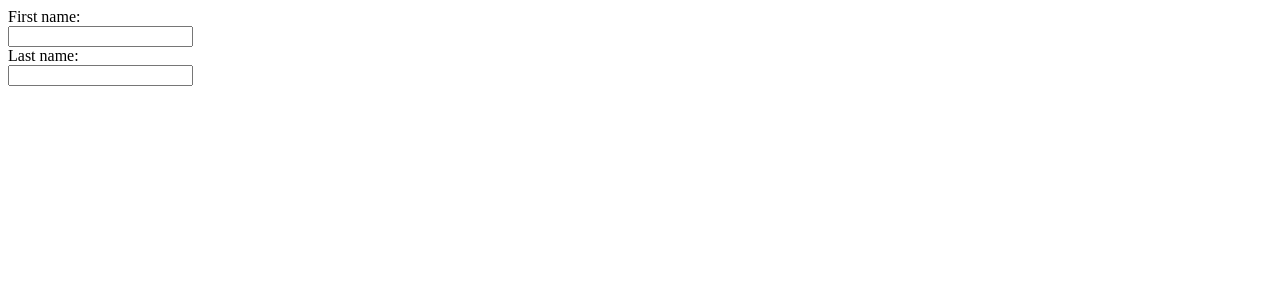
Repository: usaeed/Project2018
Page: BlueWhale/WebContent/subscribeForm.html
The author's editor kept a copy of each file at every save. The page is drawn from the files as they stood at one save, then again after the next save.
The browser window is 1280 px wide. The pictures show the whole page.

Above is the page before, as saved 2018-02-01 17:22:30.

After the next save:
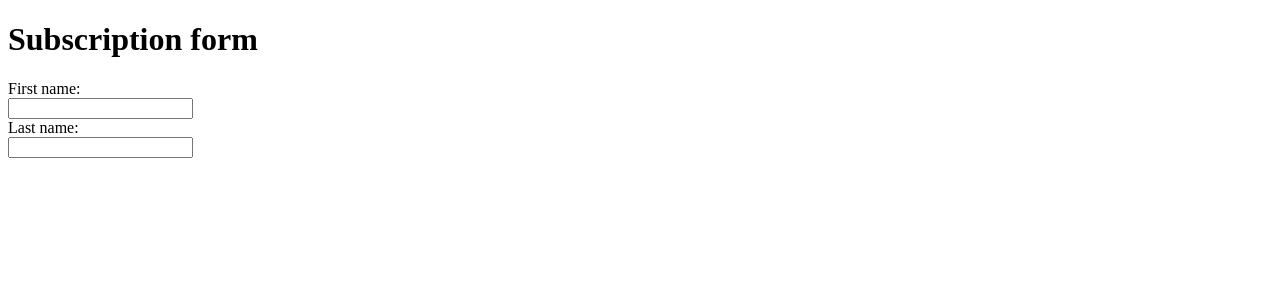
Saved 36 s later.
--- a/BlueWhale/WebContent/subscribeForm.html
+++ b/BlueWhale/WebContent/subscribeForm.html
@@ -5,6 +5,7 @@
 <title>Subscription Form</title>
 </head>
 <body>
+<h1>Subscription form</h1>
 <form action="handleSubscribeInfo.jsp" method="post">
 First name:<br>
 <input type="text" name="firstname"><br>
